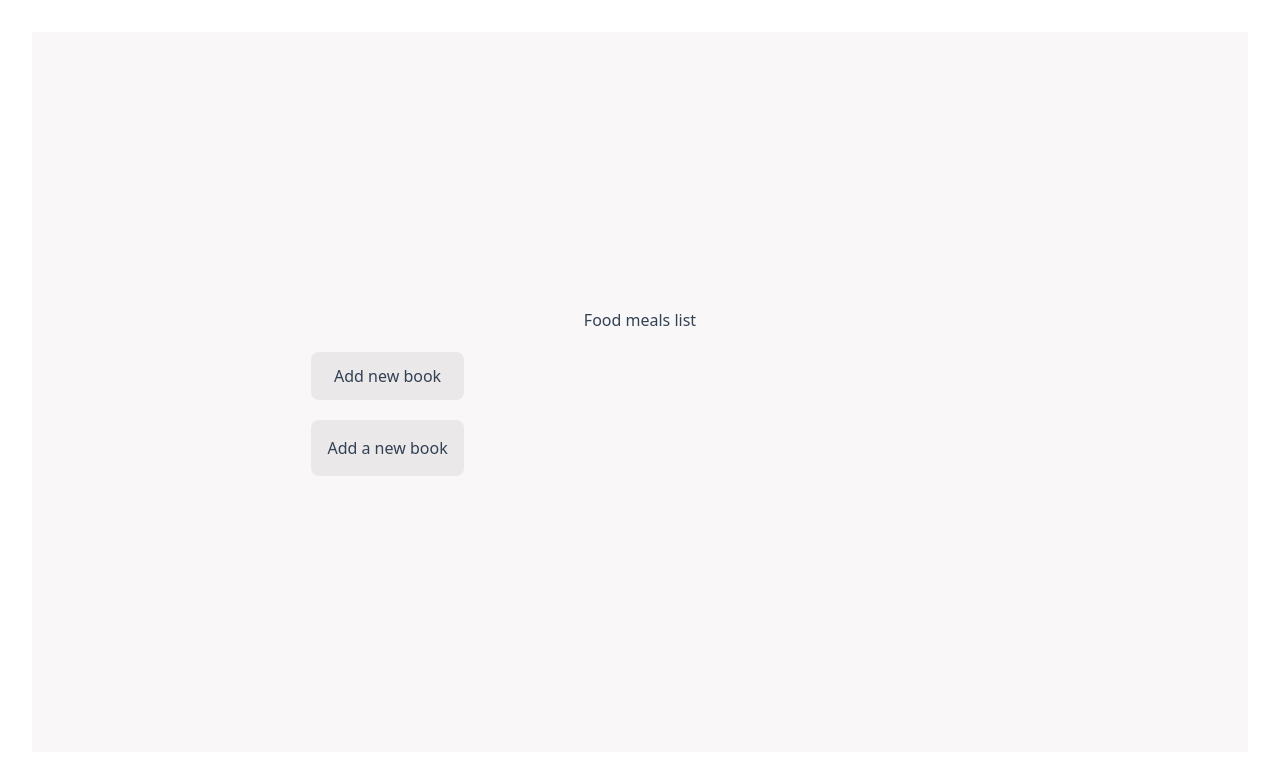
Repository: Vasil1001/fullstack-nutrition-tracker
Page: / (app in frontend/)
An editor plug-in stored every save of this project. The page is shown before and after a run of saves, followed by the edit.
The browser window is 1280 px wide. The pictures show the whole page.
The page's requests for data from a server got no answer. The project was rebuilt for these pictures with package versions that can differ from the ones it lists, and the page was loaded fresh each time. No one was signed in, and anything a server would have sent is missing. Also part of the build but not shown: frontend/vite.config.js, frontend/src/pages/Add.jsx, frontend/src/pages/Update.jsx.

Above is the page before, as saved 2023-05-21 19:08:40.

After the next 3 saves:
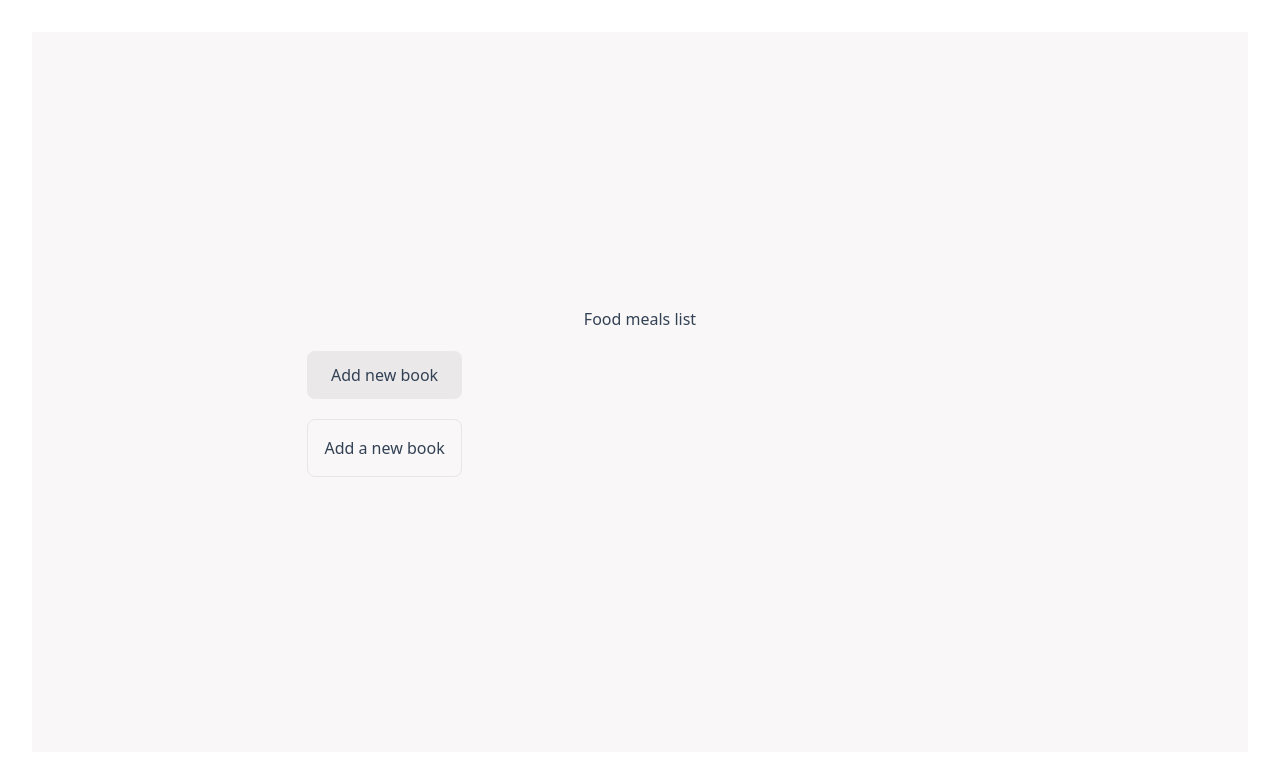
The 3 saves are shown as one change because they came seconds apart.
The last was saved 10 s later.
--- a/frontend/src/pages/Books.jsx
+++ b/frontend/src/pages/Books.jsx
@@ -35,11 +35,11 @@ export default function Books() {
       </div>
 
       <div className="mx-auto mt-5 grid grid-cols-4 items-center justify-center gap-4">
-        <button className="min-h-full rounded-lg bg-[#eae8e8] p-4 hover:bg-[#d5d5d5]">
+        <button className="min-h-full rounded-lg border border-[#e1e0e0]bg-[#eae8e8] p-4 hover:bg-[#d5d5d5]">
           <Link to="/add">Add a new book</Link>
         </button>
         {books.map((book) => (
-          <div className="flex flex-col rounded-lg border bg-[#e8e8e8] p-4" key={book.id}>
+          <div className="flex flex-col rounded-lg border border-[#e1e0e0] bg-[#e8e8e8] p-4" key={book.id}>
             {book.cover && <img src={book.cover} alt={book.title} className="h-[250px] w-[200px] bg-emerald-400 object-cover" />}
             <h1 className="mt-2 text-lg">{book.title}</h1>
             <p>{book.desc}</p>
